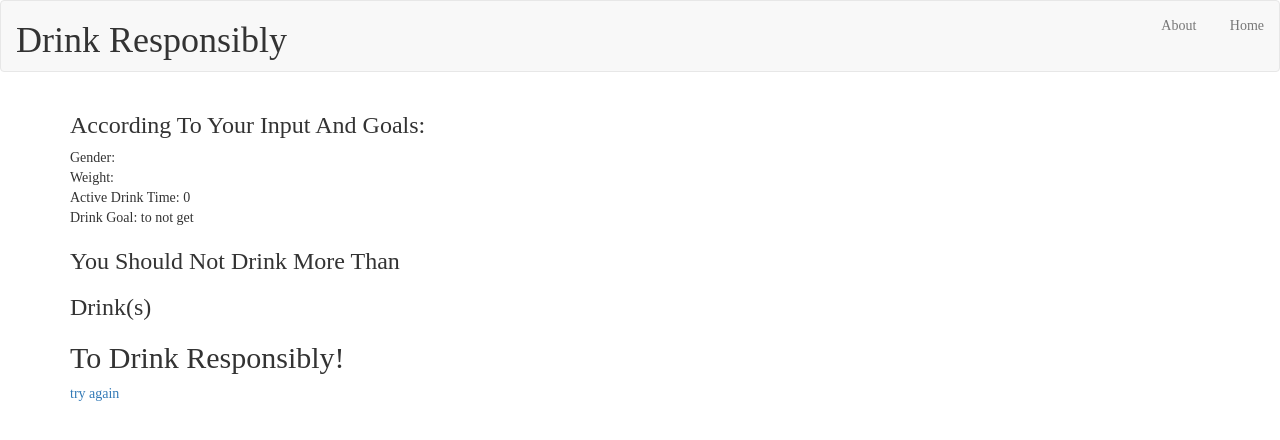
Repository: NatNat180/DrinkResponsibly
Page: http://localhost/DrinkResponsibly/calculate-drink-amount
An editor plug-in stored every save of this project. The page is shown before and after the next save, followed by the edit.
The browser window is 1280 px wide. The pictures show the whole page.
Some web fonts or font styles are not loaded; a fallback is used. The page is served by Tomcat 9.

Above is the page before, as saved 2016-04-07 16:13:48.

After the next save:
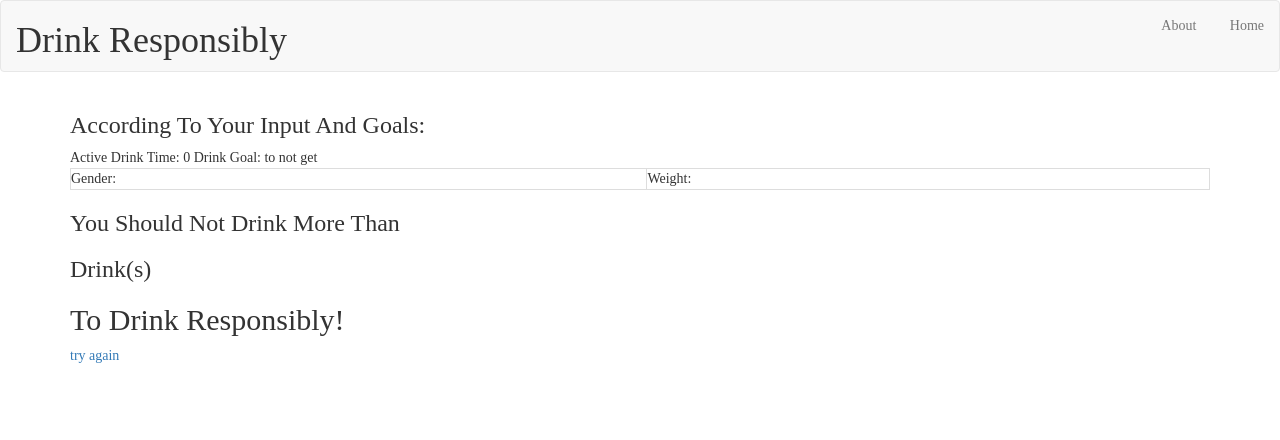
Saved 2 min 54 s later.
--- a/DrinkResponsibly/WebContent/WEB-INF/results.jsp
+++ b/DrinkResponsibly/WebContent/WEB-INF/results.jsp
@@ -12,11 +12,16 @@
 <body>
 <c:import url="/WEB-INF/navigation.html"/>
 <section class="container">
+
 <h3>According To Your Input And Goals:</h3>
-Gender: <c:out value="${gender}"></c:out><br>
-Weight: <c:out value="${weight}"></c:out><br>
-Active Drink Time: <c:out value="${drink-time}"></c:out><br>
-Drink Goal: to not get <c:out value="${goal}"></c:out><br>
+<table class="table-bordered" style="width: 100%;">
+<tr>
+	<td>Gender: <c:out value="${gender}"></c:out></td>
+	<td>Weight: <c:out value="${weight}"></c:out></td>
+	Active Drink Time: <c:out value="${drink-time}"></c:out>
+	Drink Goal: to not get <c:out value="${goal}"></c:out>
+</table>
+
 <h3>You Should Not Drink More Than</h3>
 <c:out value="${drinks}"></c:out>
 <h3>Drink(s)</h3>
